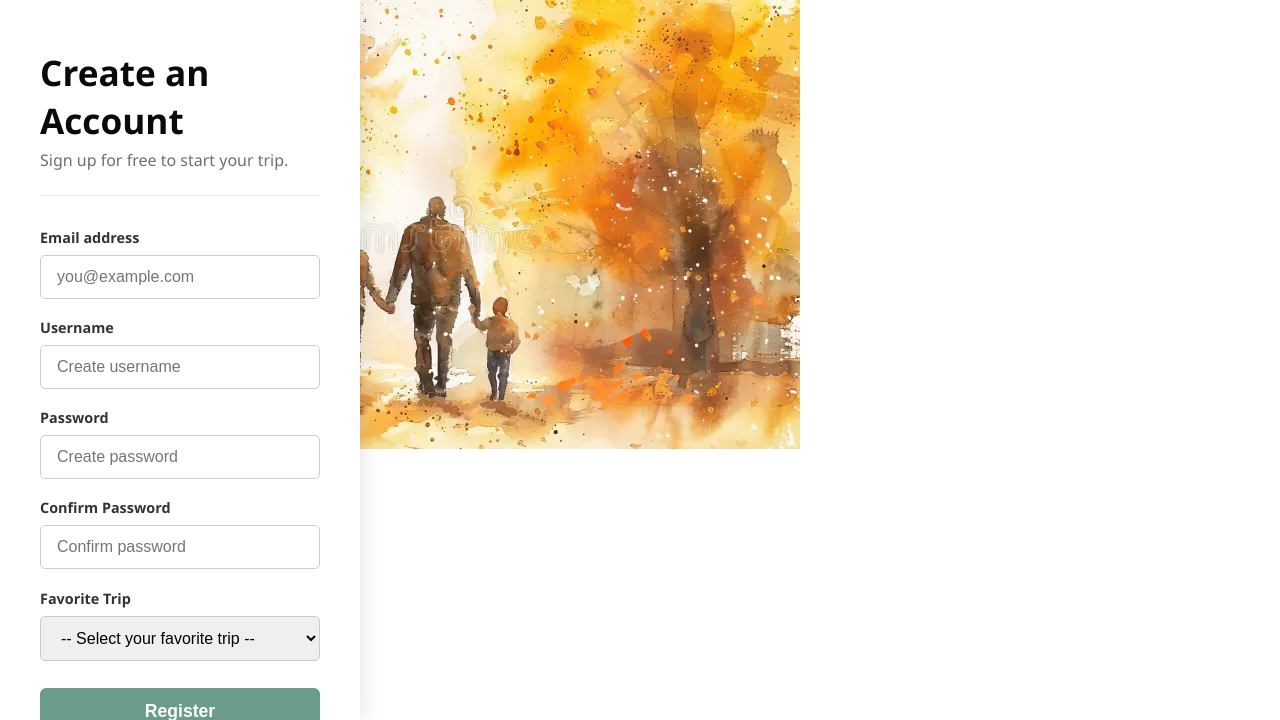
Repository: Nuttawut-Amattong/outtrip
Page: /register (app in OutTrip/)
These files come from the project's save history. The page is drawn as it stood at one moment and after a run of saves; the edit follows.
The browser window is 1280 px wide. The pictures show the whole page.
The project was rebuilt for these pictures with package versions that can differ from the ones it lists, and the page was loaded fresh each time. Also part of the build but not shown: OutTrip/vite.config.js, OutTrip/src/component/Login.jsx, OutTrip/src/component/forgetpass.module.css, OutTrip/src/component/Forgetpass.jsx.

Above is the page before, as saved 2025-05-19 02:08:07.

After the next 2 saves:
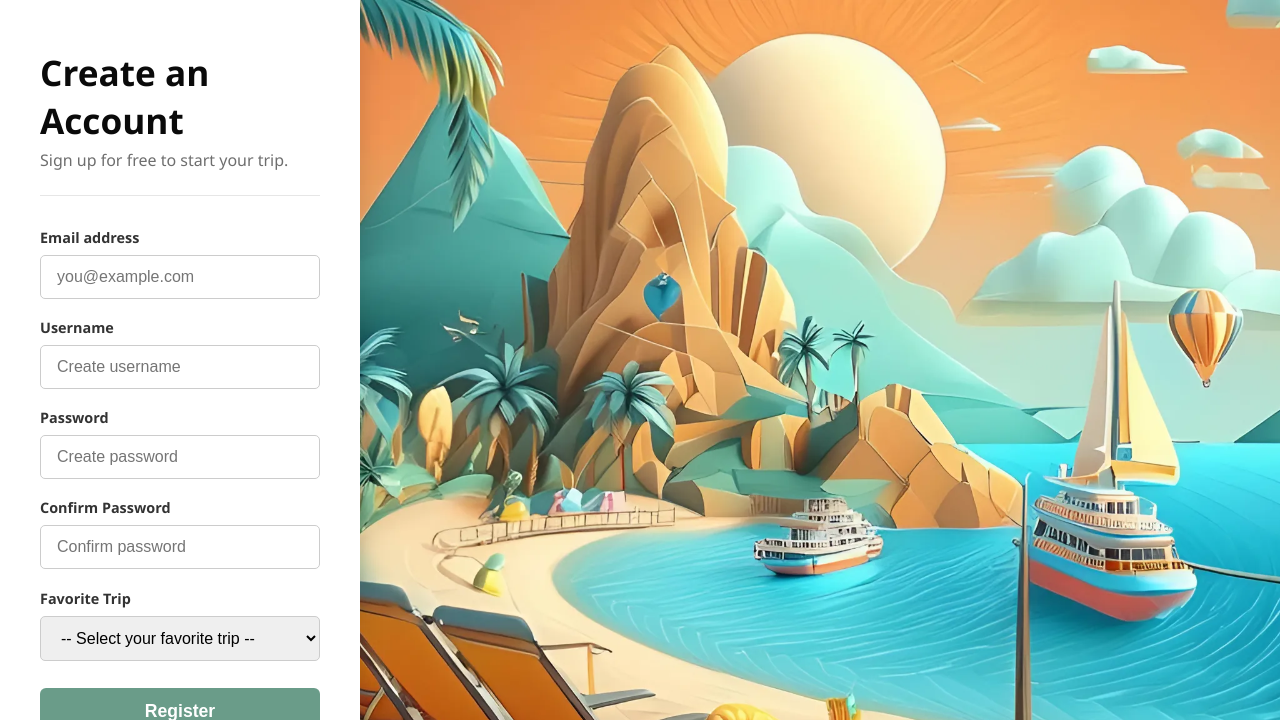
The 2 saves are shown as one change because they came seconds apart.
The last was saved 42 s later.
--- a/OutTrip/src/component/login.module.css
+++ b/OutTrip/src/component/login.module.css
@@ -1,5 +1,5 @@
 body{
-background-image: url('../img/back.jpg');
+background-image: url('../img/images.jpg');
   background-repeat: no-repeat;
 }
 
